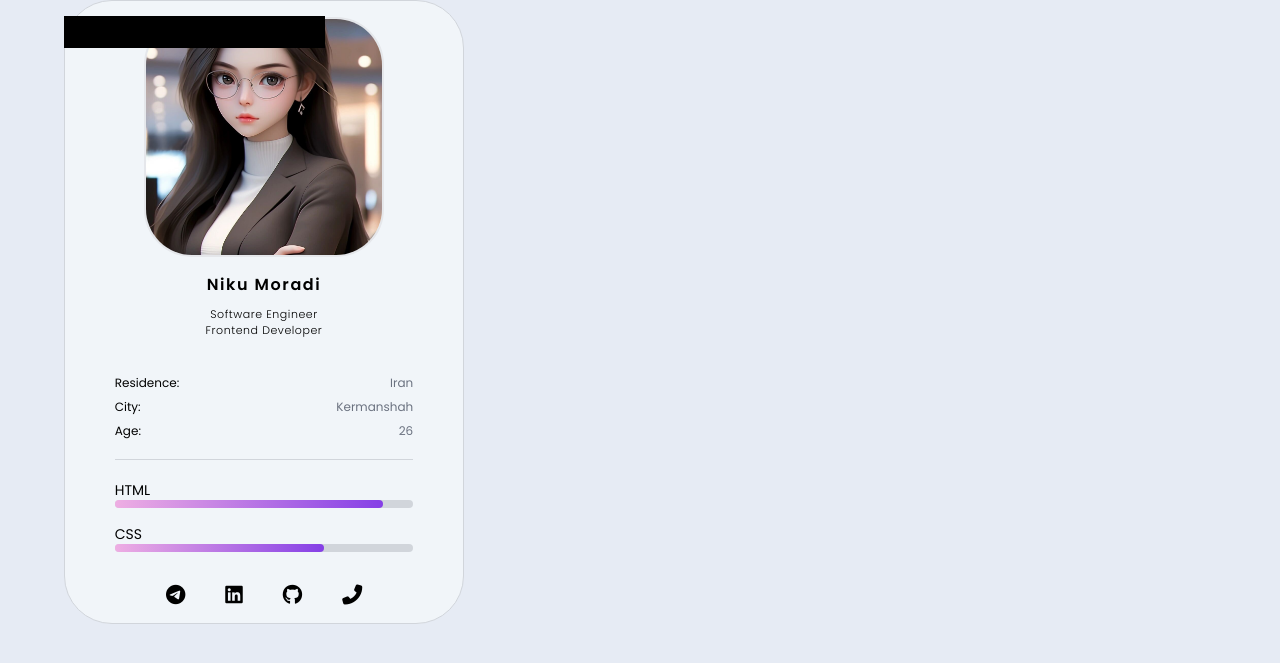
Repository: NikuMoradi/niku-moradi
Page: /
The author's editor kept a copy of each file at every save. The page is drawn from the files as they stood at one save, then again after the next save.
The browser window is 1280 px wide. The pictures show the whole page.
The project was rebuilt for these pictures with package versions that can differ from the ones it lists, and the page was loaded fresh each time. The framework's server and built-in components were replaced by stand-ins that run in the browser. Also part of the build but not shown: nuxt.config.ts, components/Blog Posts/Component-Design.vue, components/Blog.vue, components/Contact.vue, components/Education.vue, components/Experience.vue, components/Hero.vue, components/Menu.vue and 3 more.

Above is the page before, as saved 2024-11-30 19:56:41.

### assets/css/main.css
@tailwind base;
@tailwind components;
@tailwind utilities;
@layer base {
  body {
    background-color: #e6ebf4;
  }
}

@layer utilities {
  .bg-primary-gradient {
    background: linear-gradient(
      90deg,
      rgba(238, 174, 227, 1) 0%,
      rgb(133, 63, 230) 100%
    );
  }

  .text-primary-gradient {
    background: linear-gradient(
      90deg,
      rgba(238, 174, 227, 1) 0%,
      rgb(133, 63, 230) 100%
    );
  }
}

### components/LeftPanel.vue
<template>
  <div
    class="text-black w-[400px] flex flex-col items-center bg-slate-100 border border-gray-300 rounded-4xl"
    style="height: calc(100vh - 6rem)"
  >
    <!-- Header-->
    <div class="w-full py-4 flex flex-col items-center justify-center">
      <img
        src="../assets/img/photo_2024-11-28_10-37-05.jpg"
        alt="Profile Picture"
        class="w-60 h-60 mb-5 border-2 object-cover object-center rounded-4xl"
      />
      <h2
        class="text-[16px] font-semibold tracking-widest leading-[16.8px] mb-3"
      >
        Niku Moradi
      </h2>
      <p class="text-[11px] font-light tracking-wider leading-[16.5px]">
        Software Engineer
      </p>
      <p class="text-[11px] font-light tracking-wider leading-[16.5px]">
        Frontend Developer
      </p>
    </div>

    <!-- middle -->
    <div class="w-3/4 flex flex-col overflow-y-auto scrollbar-hide">
      <!-- table -->
      <div class="py-5 text-xs border-b border-gray-300 mb-5">
        <ul class="space-y-2">
          <li class="flex justify-between">
            <h6>Residence:</h6>
            <span class="text-gray-500">Iran</span>
          </li>
          <li class="flex justify-between">
            <h6>City:</h6>
            <span class="text-gray-500">Kermanshah</span>
          </li>
          <li class="flex justify-between">
            <h6>Age:</h6>
            <span class="text-gray-500">26</span>
          </li>
        </ul>
      </div>
      <!-- Skill Bars -->
      <div class="space-y-4 pb-5 border-b border-gray-300 mb-5">
        <div>
          <label class="block text-sm">HTML</label>
          <div class="w-full bg-gray-300 h-2 rounded-full">
            <div class="bg-primary-gradient h-2 rounded-full w-[90%]"></div>
          </div>
        </div>
        <div>
          <label class="block text-sm">CSS</label>
          <div class="w-full bg-gray-300 h-2 rounded-full">
            <div class="bg-primary-gradient h-2 rounded-full w-[70%]"></div>
          </div>
        </div>
        <div>
          <label class="block text-sm">JavaScript</label>
          <div class="w-full bg-gray-300 h-2 rounded-full">
            <div class="bg-primary-gradient h-2 rounded-full w-[50%]"></div>
          </div>
        </div>
        <div>
          <label class="block text-sm">Vue.js</label>
          <div class="w-full bg-gray-300 h-2 rounded-full">
            <div class="bg-primary-gradient h-2 rounded-full w-[50%]"></div>
          </div>
        </div>
        <div>
          <label class="block text-sm">Nuxt.js</label>
          <div class="w-full bg-gray-300 h-2 rounded-full">
            <div class="bg-primary-gradient h-2 rounded-full w-[40%]"></div>
          </div>
        </div>
        <div>
          <label class="block text-sm">Quasar</label>
          <div class="w-full bg-gray-300 h-2 rounded-full">
            <div class="bg-primary-gradient h-2 rounded-full w-[70%]"></div>
          </div>
        </div>
        <div>
          <label class="block text-sm">Tailwind</label>
          <div class="w-full bg-gray-300 h-2 rounded-full">
            <div class="bg-primary-gradient h-2 rounded-full w-[60%]"></div>
          </div>
        </div>
      </div>
      <!-- General Skills -->
      <ul
        class="text-gray-500 text-[11px] font-light tracking-wider space-y-2 mb-5"
      >
        <li class="flex items-center">
          <i class="fas fa-check fa-xs text-fuchsia-600 mr-2"></i>
          English Level B2
        </li>
        <li class="flex items-center">
          <i class="fas fa-check fa-xs text-fuchsia-600 mr-2"></i>
          Git Knowledge
        </li>
        <li class="flex items-center">
          <i class="fas fa-check fa-xs text-fuchsia-600 mr-2"></i>
          Design Patterns
        </li>
      </ul>
    </div>

    <!-- Social Links -->
    <div class="w-full py-4 text-center mt-auto">
      <div class="space-x-10">
        <a
          href="https://t.me/yourusername"
          target="_blank"
          class="hover:text-blue-400"
        >
          <i class="fab fa-telegram fa-lg"></i>
        </a>
        <a
          href="https://linkedin.com/in/yourusername"
          target="_blank"
          class="hover:text-blue-600"
        >
          <i class="fab fa-linkedin fa-lg"></i>
        </a>
        <a
          href="https://github.com/yourusername"
          target="_blank"
          class="hover:text-gray-700"
        >
          <i class="fab fa-github fa-lg"></i>
        </a>
        <a href="tel:+1234567890" class="hover:text-green-400">
          <i class="fas fa-phone-alt fa-lg"></i>
        </a>
      </div>
    </div>
  </div>
</template>

### components/Navbar.vue
<template>
  <div class="bg-black flex items-center px-1 py-1 space-x-7 fixed top-4">
    <!-- About -->
    <NuxtLink to="/about"> About </NuxtLink>

    <!-- Experience -->
    <NuxtLink to="/experience"> Experience </NuxtLink>

    <!-- Projects -->
    <NuxtLink to="/projects"> Projects </NuxtLink>

    <!-- Blog -->
  </div>
</template>

### layouts/default.vue
<template>
  <div class="flex items-center px-16">
    <Navbar />
    <LeftPanel />

    <!-- Fixed Width Centered Card -->
    <!-- <div
      class="w-full max-w-5xl overflow-hidden z-10"
      style="height: calc(100vh)"
    > -->
    <!-- Scrollable Content -->
    <!-- <div class="overflow-y-auto h-full scrollbar-hide"> -->
    <NuxtPage />
    <!-- </div> -->
    <!-- </div> -->
  </div>
</template>

<style scoped></style>

### app.vue
<!-- The app.vue is just holding the layout container and serving as the root.
 The default.vue layout handles the overall structure of the page.
All content from your pages will automatically be placed inside the NuxtPage slot of the layout.-->
<template>
  <NuxtLayout />
</template>

### pages/index.vue
<template></template>

<style></style>

### tailwind.config.js
/** @type {import('tailwindcss').Config} */
export default {
  content: [
    "./components/**/*.{js,vue,ts}",
    "./layouts/**/*.vue",
    "./pages/**/*.vue",
    "./plugins/**/*.{js,ts}",
    "./app.vue",
    "./error.vue",
  ],
  theme: {
    extend: {
      fontFamily: {
        sans: ["Poppins", "sans-serif"],
      },
      borderRadius: {
        "4xl": "3rem", // Custom rounded size
      },
    },
  },
  plugins: [require("tailwind-scrollbar-hide")],
};

Loaded but not shown: plugins/aos.client.js (no copy from this time; the picture is the same without it)

After the next save:
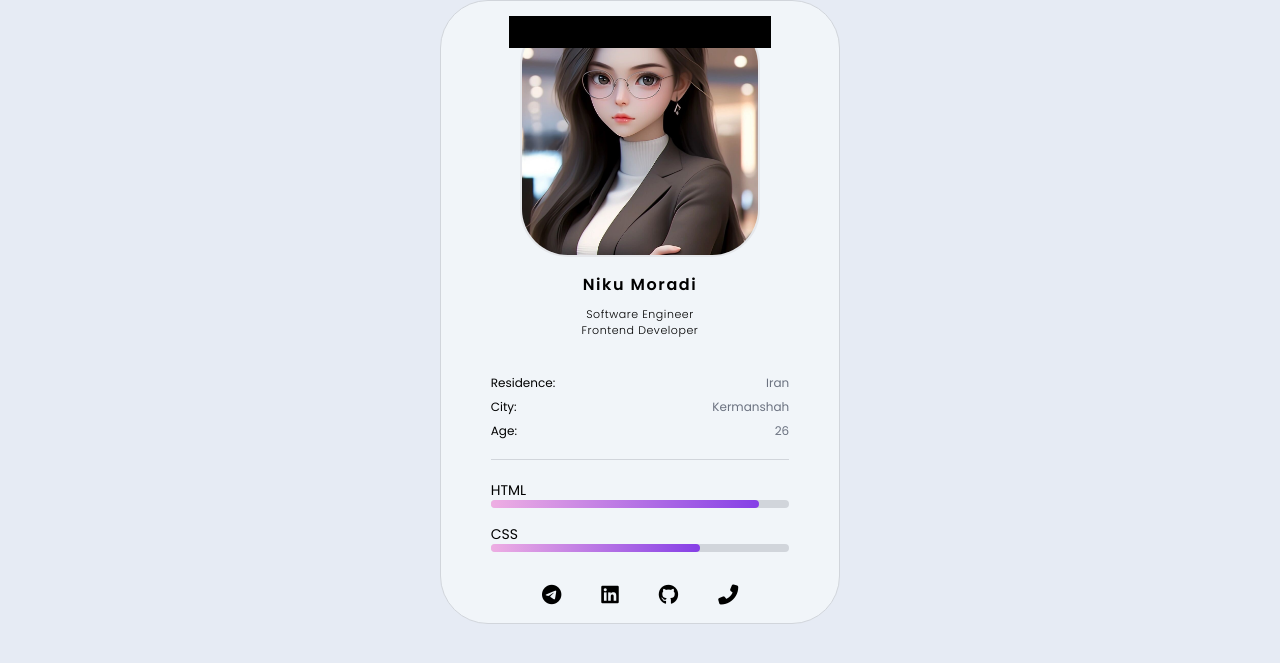
Saved 28 s later.
--- a/layouts/default.vue
+++ b/layouts/default.vue
@@ -1,5 +1,5 @@
 <template>
-  <div class="flex items-center px-16">
+  <div class="flex justify-center items-center px-16">
     <Navbar />
     <LeftPanel />
 

After the save that followed:
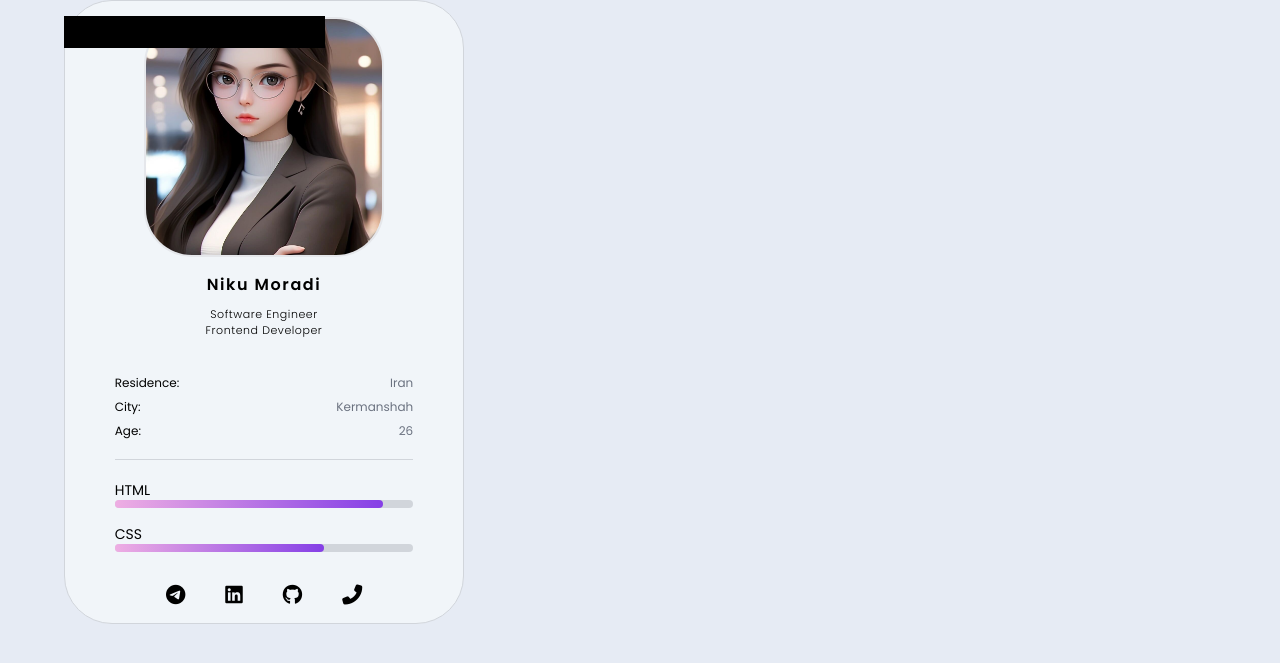
Saved 42 s later.
--- a/layouts/default.vue
+++ b/layouts/default.vue
@@ -1,5 +1,5 @@
 <template>
-  <div class="flex justify-center items-center px-16">
+  <div class="flex items-center px-16">
     <Navbar />
     <LeftPanel />
 
